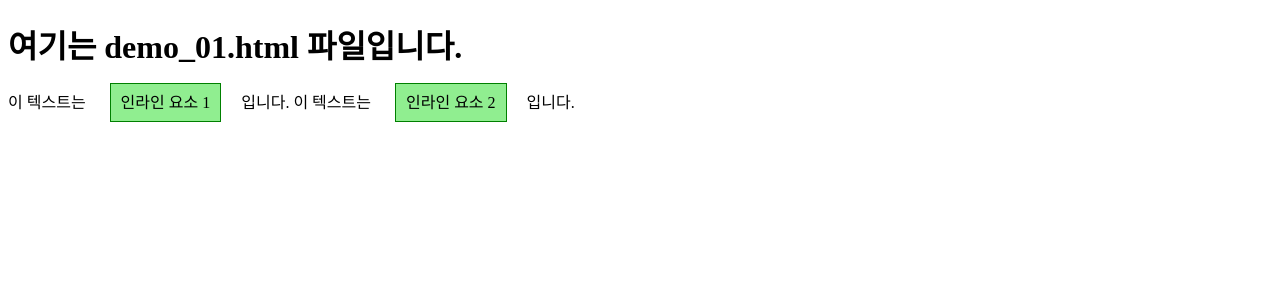
Repository: kimmingyeong225/totalJSP
Page: class_flexbox_011/src/main/webapp/demo_01.html
These files come from the project's save history. The page is drawn as it stood at one moment and after the next save; the edit follows.
The browser window is 1280 px wide. The pictures show the whole page.

Above is the page before, as saved 2024-07-01 00:26:05.

After the next save:
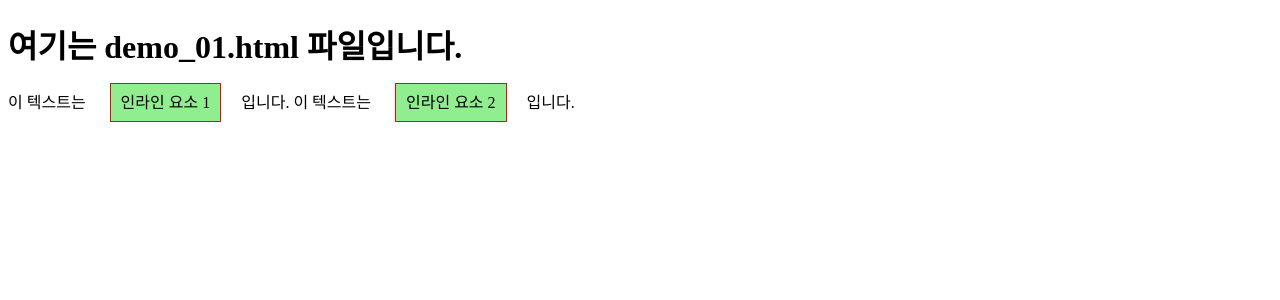
Saved 34 s later.
--- a/class_flexbox_011/src/main/webapp/demo_01.html
+++ b/class_flexbox_011/src/main/webapp/demo_01.html
@@ -10,7 +10,8 @@
 		margin-top: 200px;
 		margin-left: 20px;
 		margin-right: 20px;
-		border: 1px solid green;
+		border: 1px solid red;
+
 	}
 </style>
 </head>
